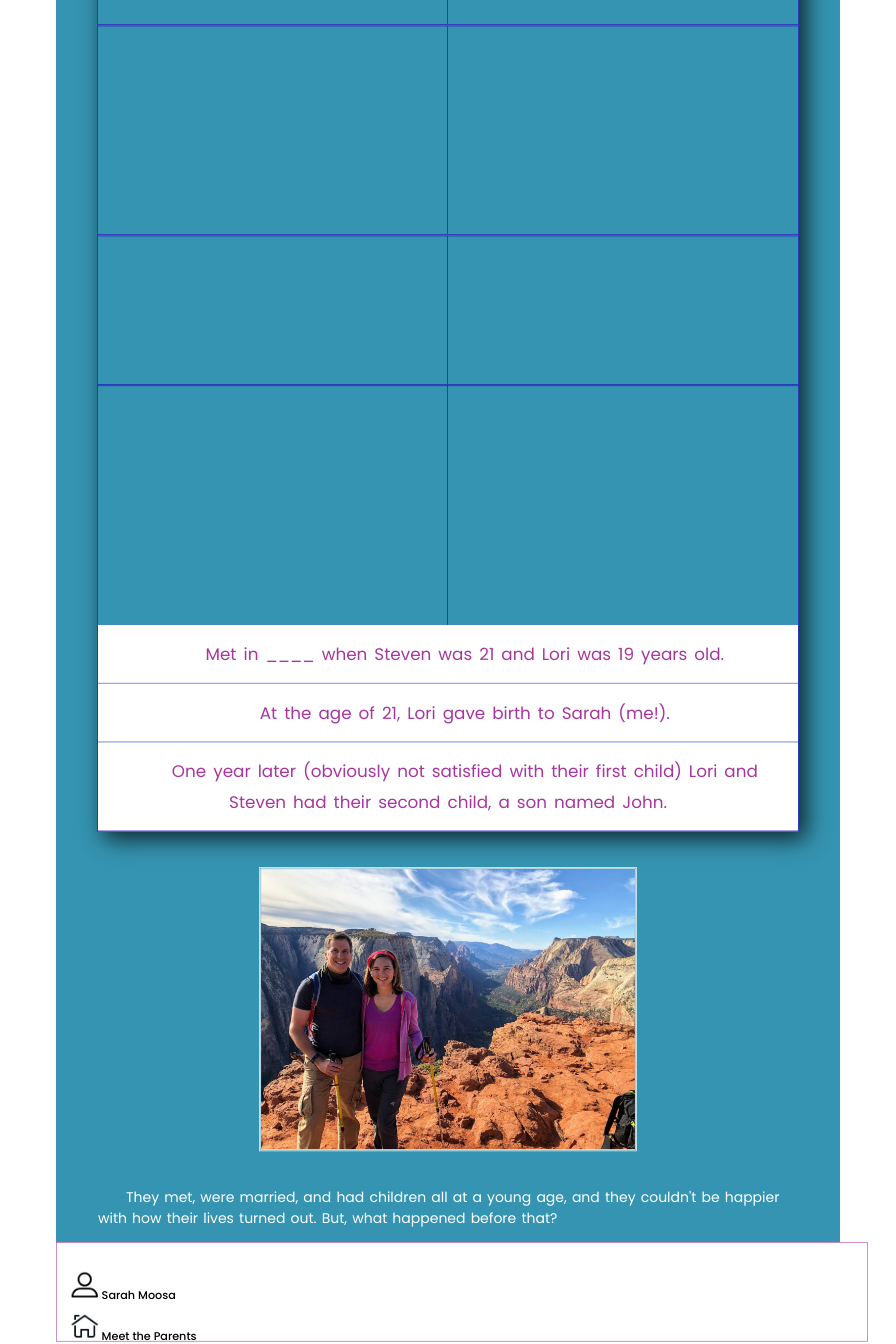
Repository: Sbethm/parents-tribute
Page: timeline.html
The author's editor kept a copy of each file at every save. The page is drawn from the files as they stood at one save, then again after the next save.
The browser window is 1280 px wide. The pictures show the part of the page from y = 1532 to 3452 px (the page is 3452 px tall before and 3448 px after), at 70% of full size.

Above is the page before, as saved 2021-02-24 13:17:23.

After the next save:
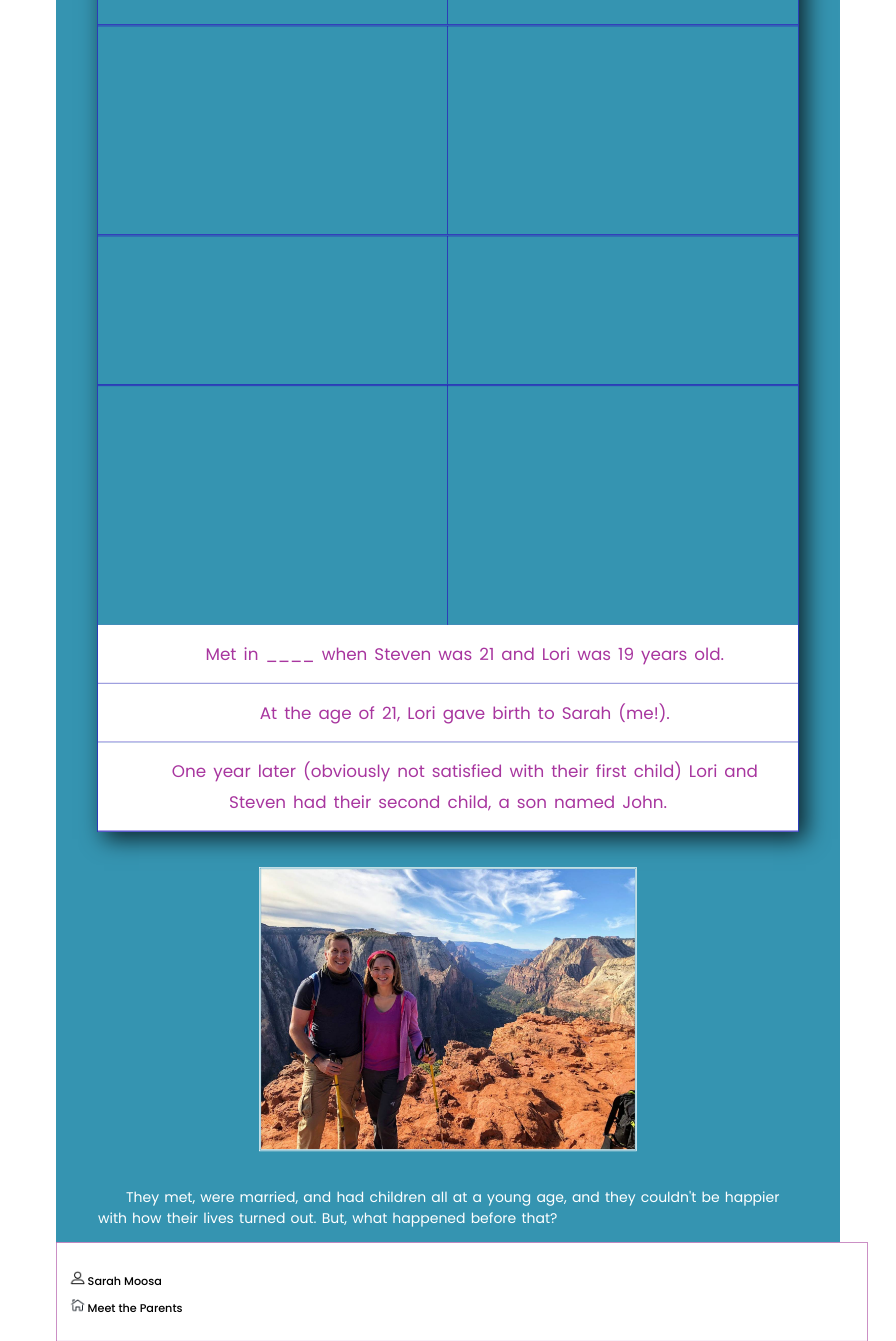
Saved 5 s later.
--- a/style.css
+++ b/style.css
@@ -853,17 +853,7 @@ footer {
     border-left: solid 1px rgb(40, 23, 187);
 }
 
-    footer {
-
-        font-size: 1em;
-        font-weight: 500;
-
-    }
-
-    .icon {
-        width: 40px;
-        height: auto;
-    }
+
 /*LESSON LEARNED CODE iPAD*/
 
 }

After the 3 saves that followed:
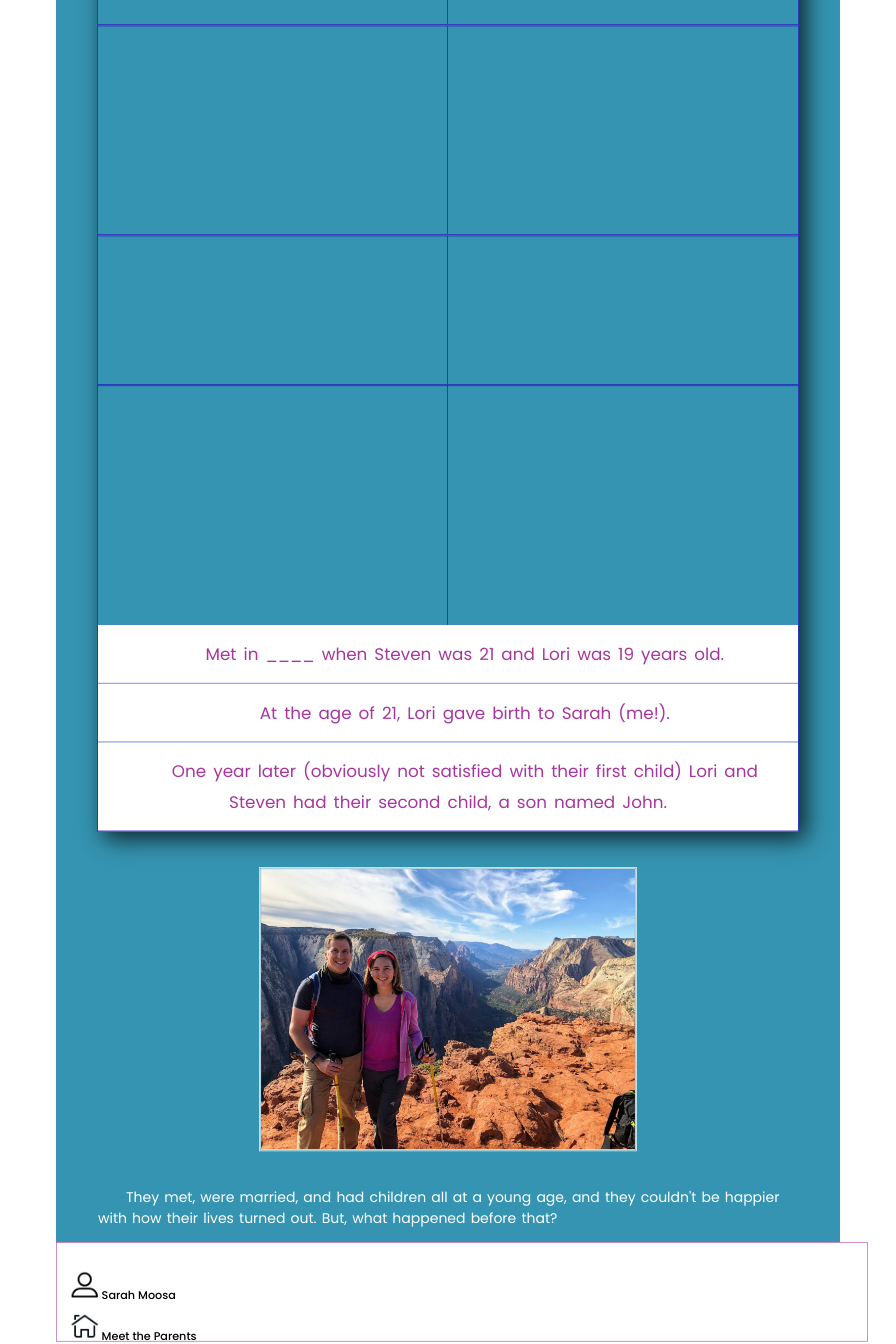
The 3 saves are shown as one change because they came seconds apart.
The last was saved 16 s later.
--- a/style.css
+++ b/style.css
@@ -655,6 +655,19 @@ footer {
     footer {
         max-width: calc(100vw - 162px);
         margin: 0 80px;
+
+    }
+
+    footer {
+
+        font-size: 1em;
+        font-weight: 500;
+
+    }
+
+    .icon {
+        width: 40px;
+        height: auto;
     }
 
 /*TIMELINE CODE COMPUTER*/
